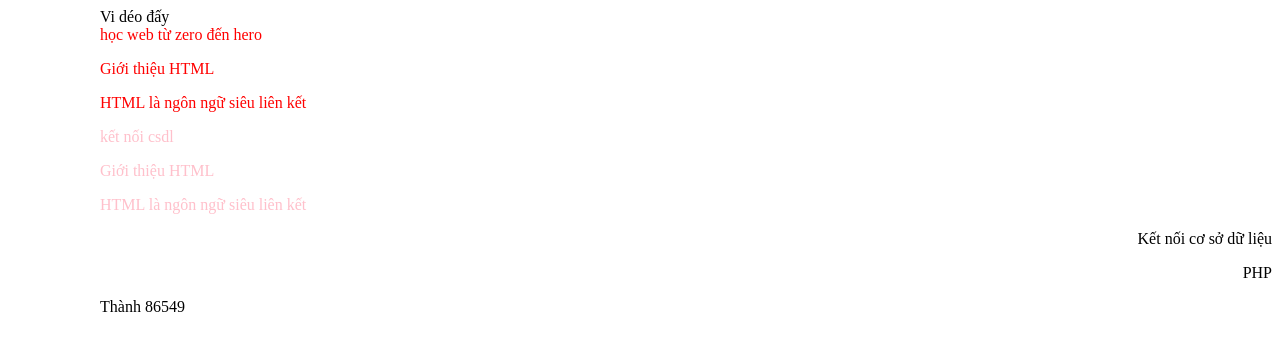
Repository: thanhp6868/ltWeb
Page: 2709.html
An editor plug-in stored every save of this project. The page is shown before and after the next save, followed by the edit.
The browser window is 1280 px wide. The pictures show the whole page.

Above is the page before, as saved 2023-09-27 13:42:06.

After the next save:
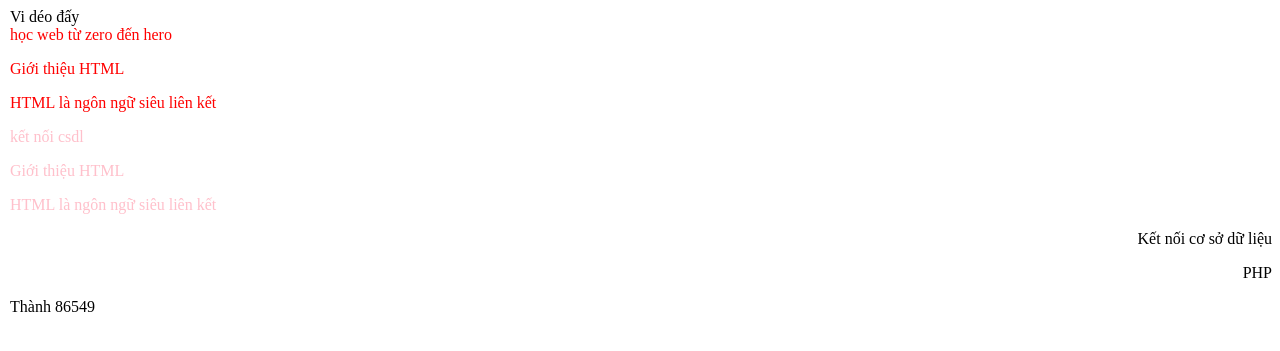
Saved 8 s later.
--- a/style.css
+++ b/style.css
@@ -1,3 +1,3 @@
 body {
-    margin-left: 100px;
+    margin-left: 10px;
 }

After the save that followed:
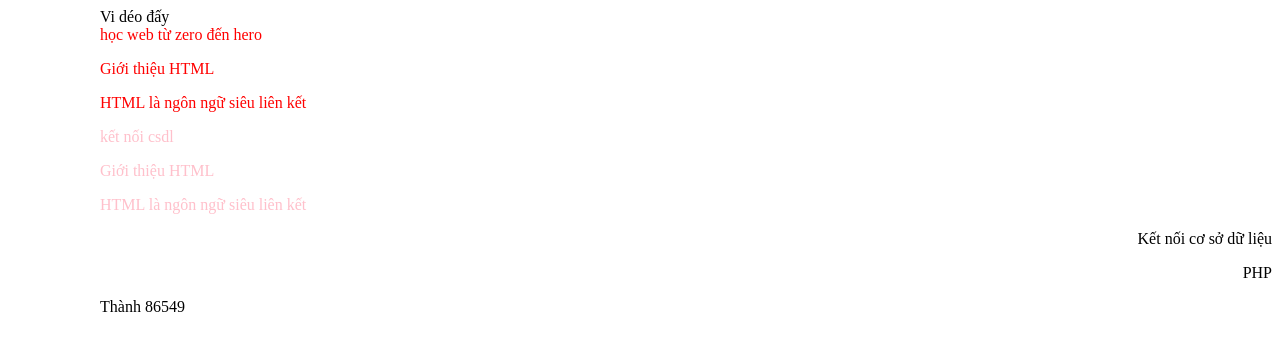
Saved 5 s later.
--- a/style.css
+++ b/style.css
@@ -1,3 +1,3 @@
 body {
-    margin-left: 10px;
+    margin-left: 100px;
 }
